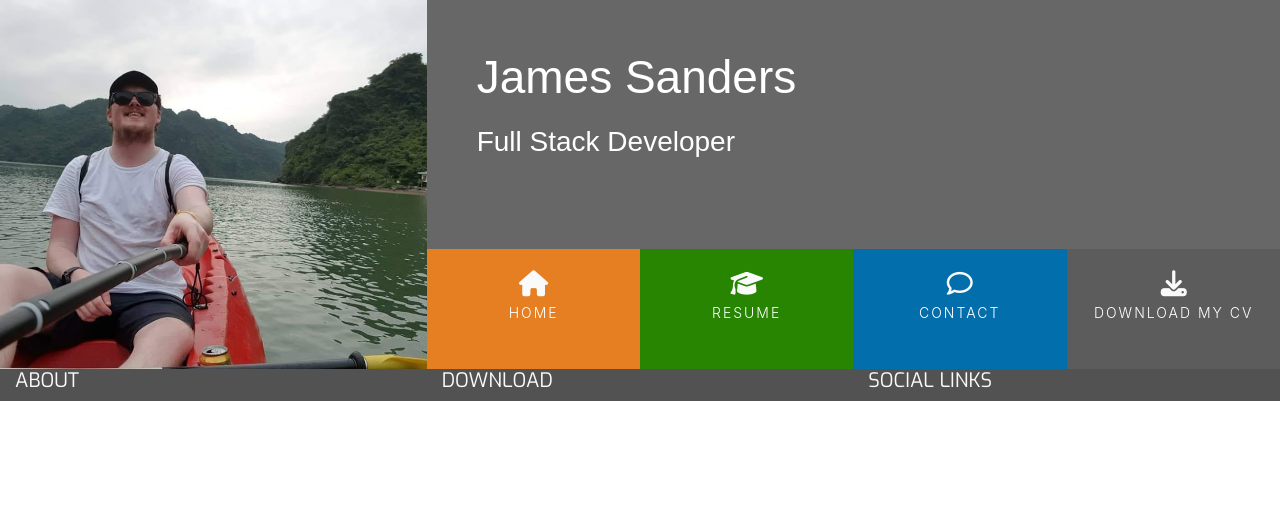
Repository: JaySanders95/my-online-resume
Page: index.html
The author's editor kept a copy of each file at every save. The page is drawn from the files as they stood at one save, then again after the next save.
The browser window is 1280 px wide. The pictures show the whole page.
Some web fonts or font styles are not loaded; a fallback is used. Some web libraries are served in a nearby version.

Above is the page before, as saved 2023-04-19 17:38:41.

### index.html
<!DOCTYPE html>
<html lang="en">
<head>
    <meta charset="UTF-8">
    <meta http-equiv="X-UA-Compatible" content="IE=edge">
    <meta name="viewport" content="width=device-width, initial-scale=1.0">
    <link rel="stylesheet" href="https://cdn.jsdelivr.net/npm/@fortawesome/fontawesome-free@6.2.1/css/fontawesome.min.css" integrity="sha384-QYIZto+st3yW+o8+5OHfT6S482Zsvz2WfOzpFSXMF9zqeLcFV0/wlZpMtyFcZALm" crossorigin="anonymous">
    <link rel="stylesheet" href="https://cdn.jsdelivr.net/npm/bootstrap@4.6.2/dist/css/bootstrap.min.css" integrity="sha384-xOolHFLEh07PJGoPkLv1IbcEPTNtaed2xpHsD9ESMhqIYd0nLMwNLD69Npy4HI+N" crossorigin="anonymous">
    <link rel="stylesheet" href="assets/css/style.css">
    <link rel="stylesheet" href="https://cdnjs.cloudflare.com/ajax/libs/hover.css/2.3.1/css/hover-min.css" integrity="sha512-csw0Ma4oXCAgd/d4nTcpoEoz4nYvvnk21a8VA2h2dzhPAvjbUIK6V3si7/g/HehwdunqqW18RwCJKpD7rL67Xg==" crossorigin="anonymous" referrerpolicy="no-referrer" />
    <title>James Sanders' Resume</title>
</head>
<body>
    <header>
        <div class="row no-gutters">
            <a href="index.html" class="col-md-4 logo">

            </a>
            <div class="col-md-8">
                <div class="row bg-color-name-title no-gutters">
                    <div class="col heading">
                        <h1 class="name">James Sanders</h1>
                        <h2 class="title">Full Stack Developer</h2>

                    </div>
                </div>
                <div class="row no-gutters">
                    <div class="col">
                        <ul id="nav" class="list-inline menucontainer">
                            <li class="col-6 col-sm-3 ui-menu-color-home list-inline-item menuitem">
                                <a href="#" class="hvr-bounce-to-bottom"><i class="fa fa-home" aria-hidden="true"></i><span>Home</span></a>
                            </li>
                            <li class="col-6 col-sm-3 ui-menu-color-resume list-inline-item menuitem">
                                <a href="#" class="hvr-bounce-to-bottom"><i class="fa fa-graduation-cap" aria-hidden="true"></i><span>Resume</span></a>
                            </li>
                            <li class="col-6 col-sm-3 ui-menu-color-contact list-inline-item menuitem">
                                <a href="#" class="hvr-bounce-to-bottom"><i class="fa fa-comment-o" aria-hidden="true"></i><span>Contact</span></a>
                            </li>
                            <li class="col-6 col-sm-3 ui-menu-color-download list-inline-item menuitem">
                                <a href="#" class="hvr-bounce-to-bottom"><i class="fa fa-download" aria-hidden="true"></i><span>Download my CV</span></a>
                            </li>
                        </ul>
                    </div>
                </div>
            </div>
        </div>
    </header>
    <section>

    </section>
    <footer class="container-fluid">
        <div class="row">
            <div class="col-sm-4">
                <h5 class="uppercase general-sub">About</h5>
            </div>
            <div class="col-sm-4">
                <h5 class="uppercase general-sub">Download</h5>
            </div>
            <div class="col-sm-4">
                <h5 class="uppercase general-sub">Social links</h5>
            </div>
        </div>

    </footer>
    <script src="https://kit.fontawesome.com/c80cd6a143.js" crossorigin="anonymous"></script>
</body>
</html>

### assets/css/style.css
@import url('https://fonts.googleapis.com/css2?family=Anuphan:100,200,300,400,500,600,700wght@300&family=Exo:100,200,300,400,500,600,700ital,wght@1,300&display=swap');


/* ------- Colours ---------*/

.bg-color-name-title {
    background-color:#676767;
}


.ui-menu-color-home {
    background-color: #e67e22;
}

.ui-menu-color-resume {
    background-color: #278502;
}

.ui-menu-color-contact {
    background-color: #036eac;
}

.ui-menu-color-download {
    background-color: #5c5c5c;
}

/* ------- Special paddings/margins/text ---------*/

h1,h2,h3,h4 {
    margin: 0;
}

.uppercase {
    text-transform: uppercase;
}

.general-sub {
    font-family: 'Exo', sans-serif;
    font-weight: 300;
    color: #fafafa;
}


/* ------- Headers ---------*/
header {
    margin: 0;
}

.heading {
    margin-left: 50px;
}

.logo {
    background: url(../images/me.png);
    background-position: center;
    background-repeat: no-repeat;
    background-size: cover;
    min-height: 360px;
    transition: all .5s ease-in-out;
    -moz-transition: all .5s ease-in-out;
    -webkit-transition: all .5s ease-in-out;
}

.name {
    font-family: 'Anuphan', sans-serif;
    font-weight: 100;
    font-size: 46px;
    margin-top: 50px;
    color: #fff;
}

.title {
    font-family: 'Anuphan', sans-serif;
    font-weight: 200;
    font-size: 28px;
    margin-top: 20px;
    margin-bottom: 90px;
    color: #fff;
}

.list-inline-item:not(:last-child) {
    margin: 0;
}

.menucontainer {
    font-size: 0;
}

#nav li {
    font-size: 14px;
    padding: 0;
}

#nav {
    margin: 0;
}

.menuitem {
    height: 120px;
    text-align: center;
    padding: 0;

}

.menuitem a {
    width: 100%;
    text-decoration: none;
    color: #fff;
    height: 120px;
}

.menuitem a i {
    display: block;
    padding-top: 22px;
    color: #fafafa;
    font-size: 26px;
}

.menuitem span {
    display: block;
    width: 100%;
    padding-top: 5px;
    text-align: center;
    text-transform: uppercase;
    font-size: 14px;
    font-weight: 300;
    letter-spacing: 2px;
}

/* ------- Hover.css ---------*/

.hvr-bounce-to-bottom:before {
    background: rgba(0, 0, 0, 0.3) !important;
    height: 120px;

}

/* ------- Footer ---------*/

footer {
    background-color: #525252;
    color: #fafafa;
}

After the next save:
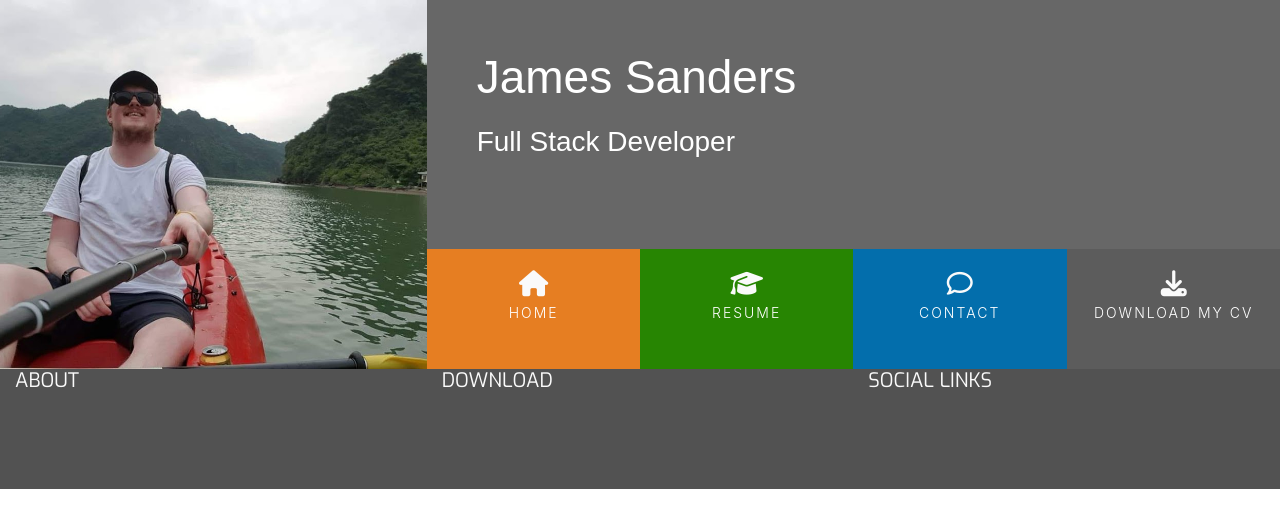
Saved 10 s later.
--- a/assets/css/style.css
+++ b/assets/css/style.css
@@ -140,4 +140,5 @@
 footer {
     background-color: #525252;
     color: #fafafa;
+    min-height: 120px;
 }
